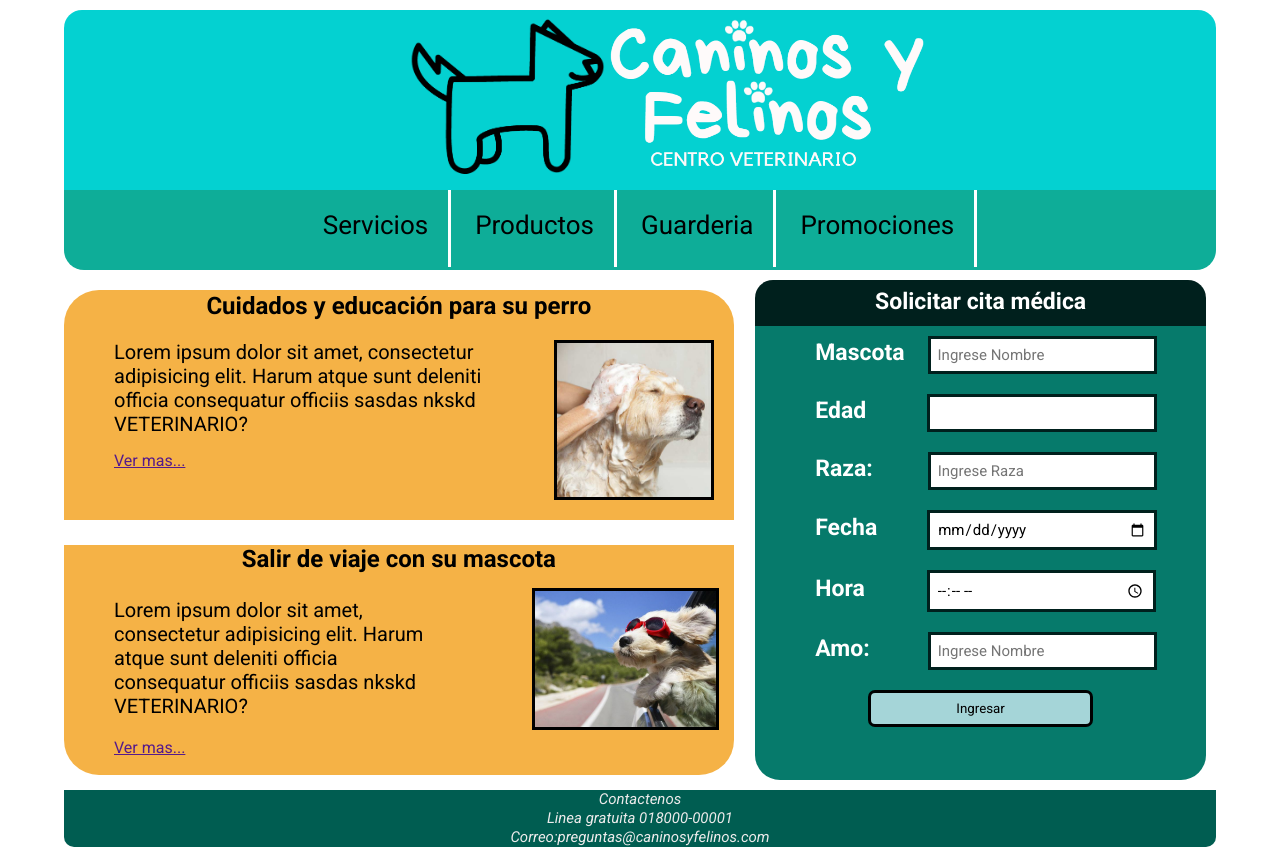
Repository: NickArregoces/Veterinaria
Page: Index.html
The author's editor kept a copy of each file at every save. The page is drawn from the files as they stood at one save, then again after the next save.
The browser window is 1280 px wide. The pictures show the whole page.

Above is the page before, as saved 2021-10-08 21:04:03.

After the next save:
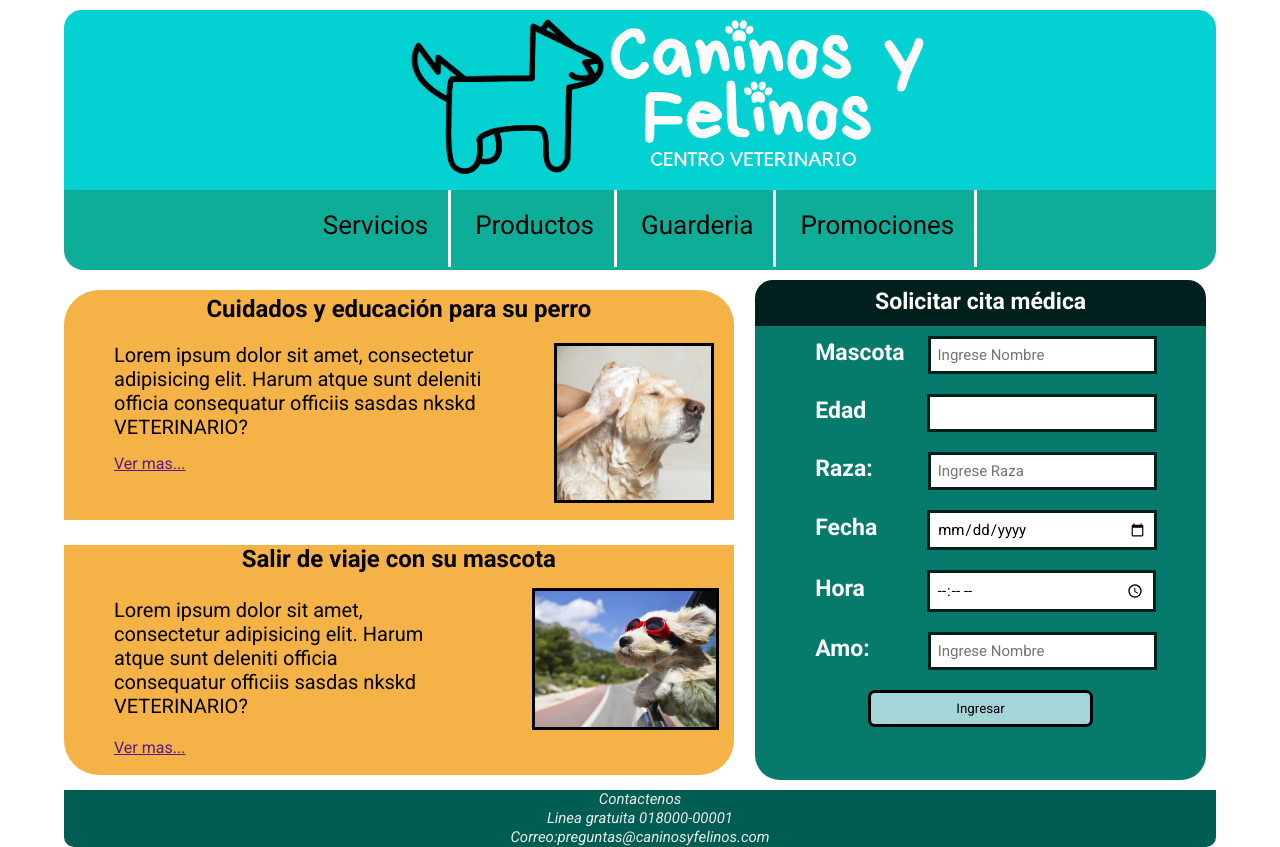
Saved 4 s later.
--- a/CSS/Style.css
+++ b/CSS/Style.css
@@ -153,7 +153,7 @@ aside{
     }
         div.Cuidados h2{
             text-align: center;
-            margin-top: 2px;
+            margin-top: 5px;
         }
         div.Cuidados img {
             margin: 20px;
